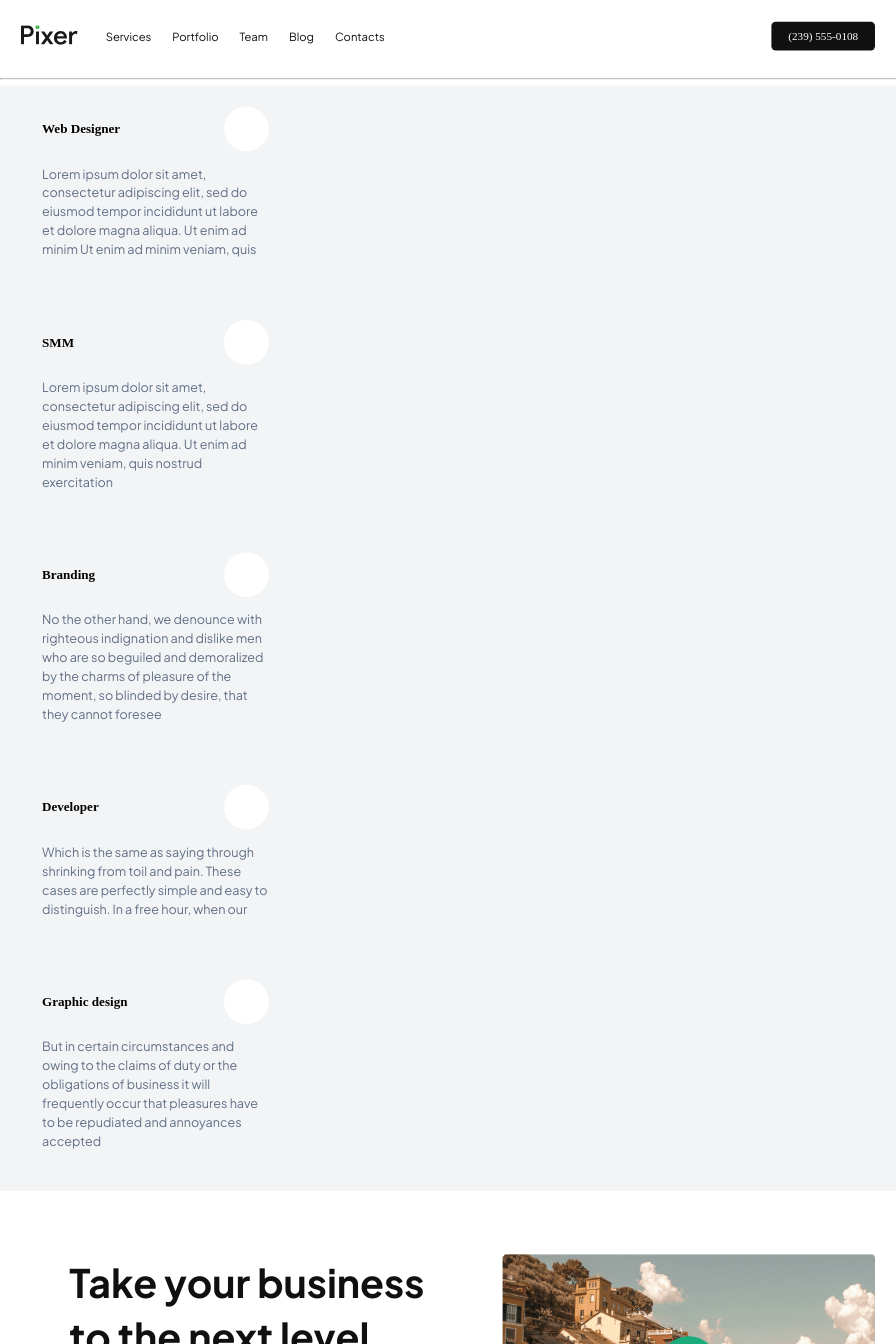
Repository: UlugbekAbdurasulov/pixar
Page: index.html
These files come from the project's save history. The page is drawn as it stood at one moment and after the next save; the edit follows.
The browser window is 1280 px wide. The pictures show the part of the page from y = 0 to 1920 px (the page is 4003 px tall before and 2424 px after), at 70% of full size.

Above is the page before, as saved 2023-06-05 04:23:15.

After the next save:
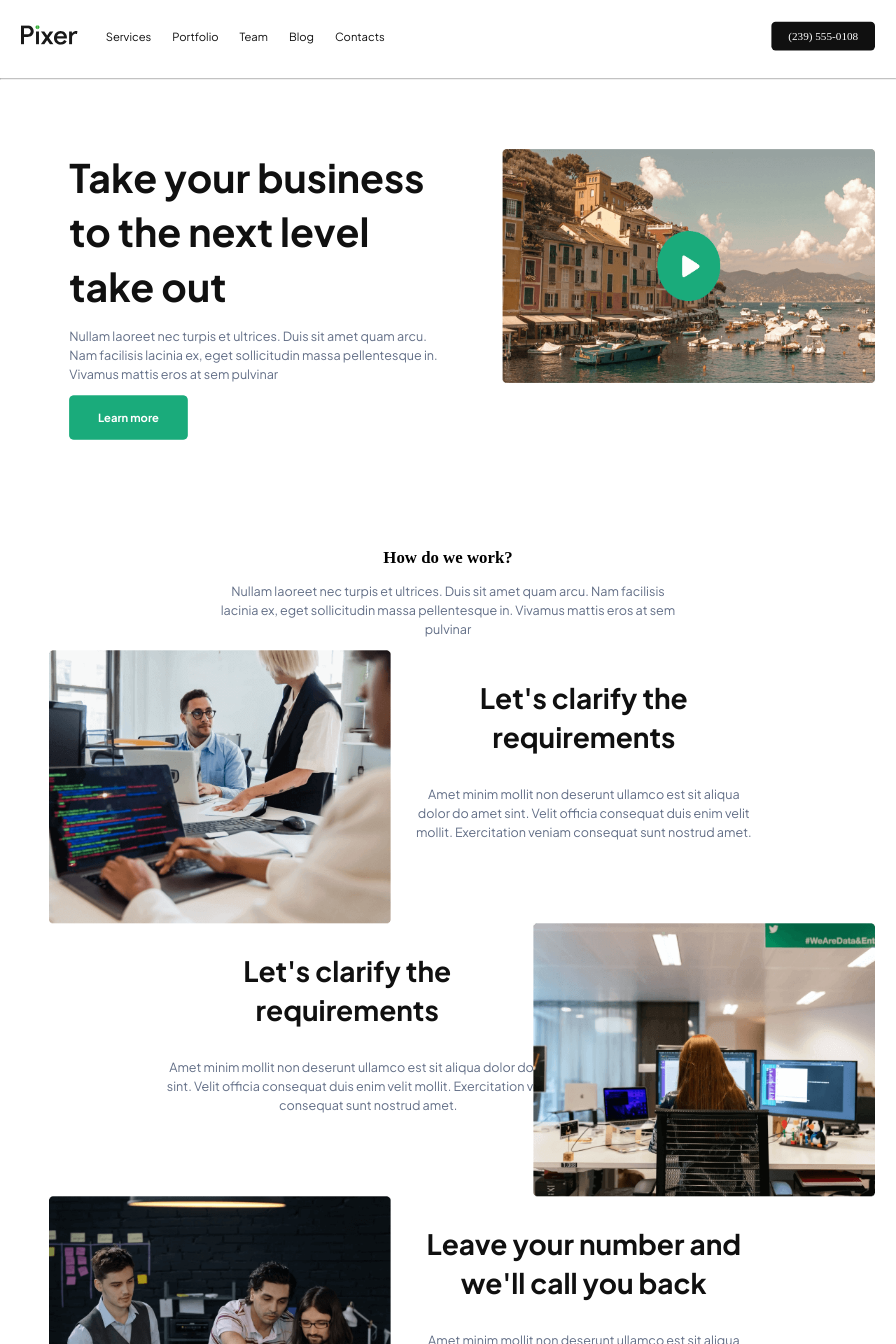
Saved 70 s later.
--- a/index.html
+++ b/index.html
@@ -49,17 +49,6 @@
     </header>
     <hr />
 
-      <section class="service">
-        <div class="container">
-          <ul class="service-list">
-            <li class="service-item"> <div class="service-title-wrapper"> <h3 >Web Designer</h3> <div class="service-item-img-wrapper"><img src="" alt=""></div></div> <p class="service-item-desc">Lorem ipsum dolor sit amet, consectetur adipiscing elit, sed do eiusmod tempor incididunt ut labore et dolore magna aliqua. Ut enim ad minim Ut enim ad minim veniam, quis </p> <a class="service-item-link" href="#"></a></li>
-            <li class="service-item"> <div class="service-title-wrapper"> <h3>SMM</h3> <div class="service-item-img-wrapper"><img src="" alt=""></div></div> <p class="service-item-desc">Lorem ipsum dolor sit amet, consectetur adipiscing elit, sed do eiusmod tempor incididunt ut labore et dolore magna aliqua. Ut enim ad minim veniam, quis nostrud exercitation  </p> <a class="service-item-link" href="#"></a></li>
-            <li class="service-item"> <div class="service-title-wrapper"> <h3>Branding</h3> <div class="service-item-img-wrapper"><img src="" alt=""></div></div> <p class="service-item-desc">No the other hand, we denounce with righteous indignation and dislike men who are so beguiled and demoralized by the charms of pleasure of the moment, so blinded by desire, that they cannot foresee </p> <a class="service-item-link" href="#"></a></li>
-            <li class="service-item"> <div class="service-title-wrapper"> <h3>Developer</h3> <div class="service-item-img-wrapper"><img src="" alt=""></div></div> <p class="service-item-desc">Which is the same as saying through shrinking from toil and pain. These cases are perfectly simple and easy to distinguish. In a free hour, when our </p> <a class="service-item-link" href="#"></a></li>
-            <li class="service-item"> <div class="service-title-wrapper"> <h3>Graphic design</h3> <div class="service-item-img-wrapper"><img src="" alt=""></div></div> <p class="service-item-desc">But in certain circumstances and owing to the claims of duty or the obligations of business it will frequently occur that pleasures have to be repudiated and annoyances accepted</p> <a class="service-item-link" href="#"></a></li>
-          </ul>
-        </div>
-      </section>
 
 
 
